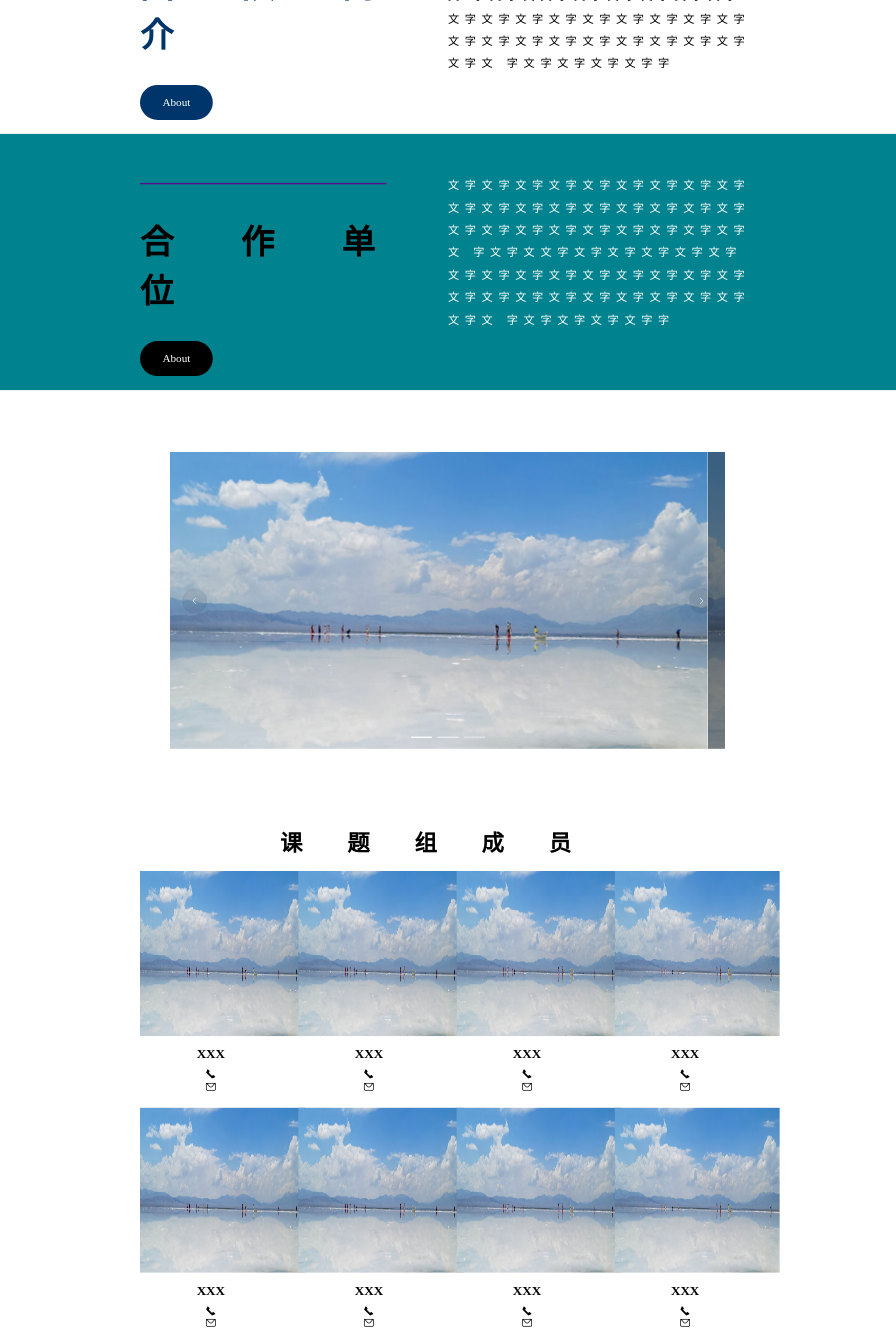
Repository: BLSY/xzust
Page: /
An editor plug-in stored every save of this project. The page is shown before and after a run of saves, followed by the edit.
The browser window is 1280 px wide. The pictures show the part of the page from y = 736 to 2656 px (the page is 2656 px tall before and 2620 px after), at 70% of full size.
The project was rebuilt for these pictures with package versions that can differ from the ones it lists, and the page was loaded fresh each time.

Above is the page before, as saved 2022-11-27 11:54:26.

After the next 2 saves:
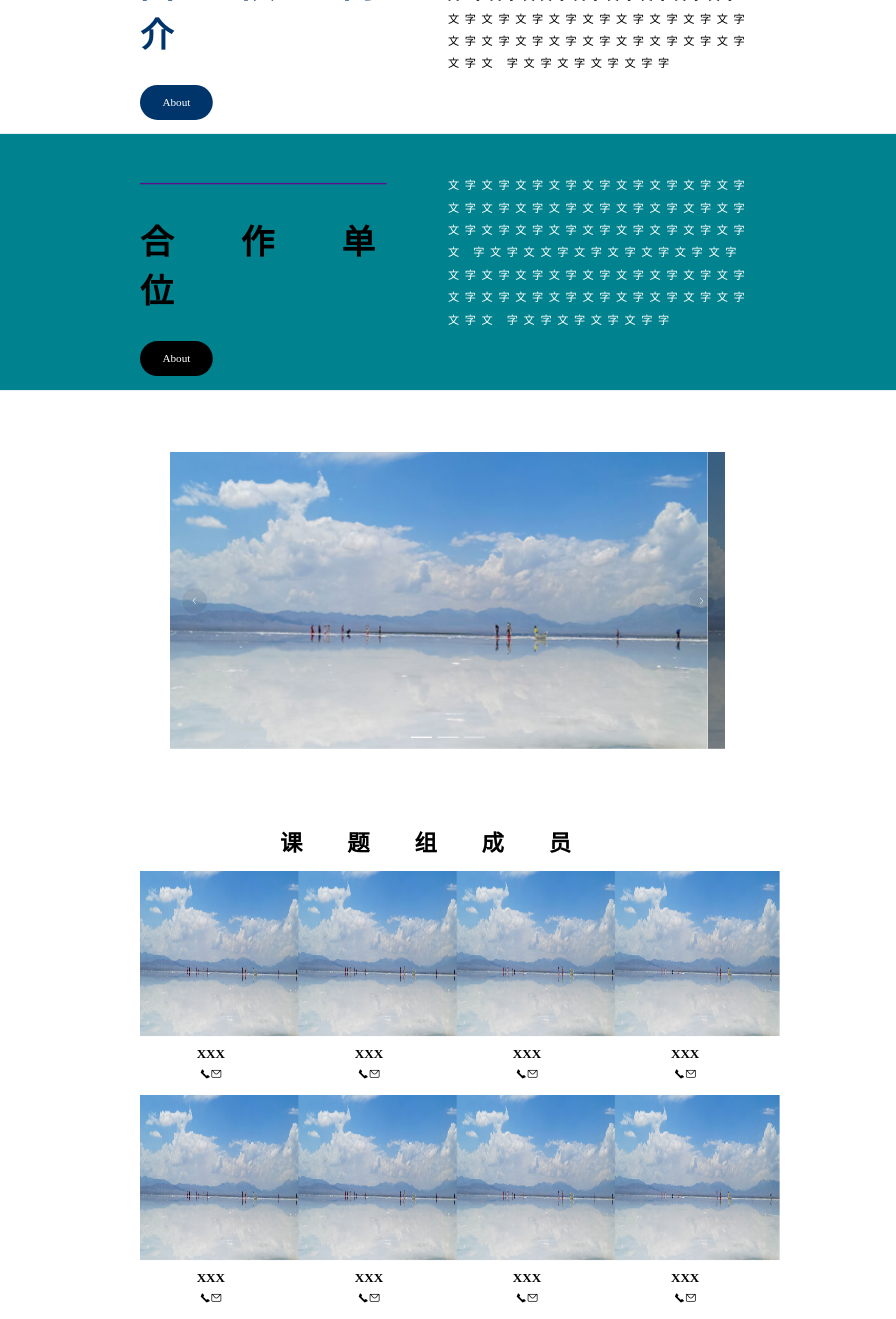
The 2 saves are shown as one change because they came seconds apart.
The last was saved 30 s later.
--- a/src/components/HelloWorld.vue
+++ b/src/components/HelloWorld.vue
@@ -378,6 +378,8 @@ html{
     margin-bottom: 20px;
   }
   .show-icon{
-    display: inline-block;
-  }
+  }
+  .icon-circle{
+    display: inline-block;
+    }
 </style>
